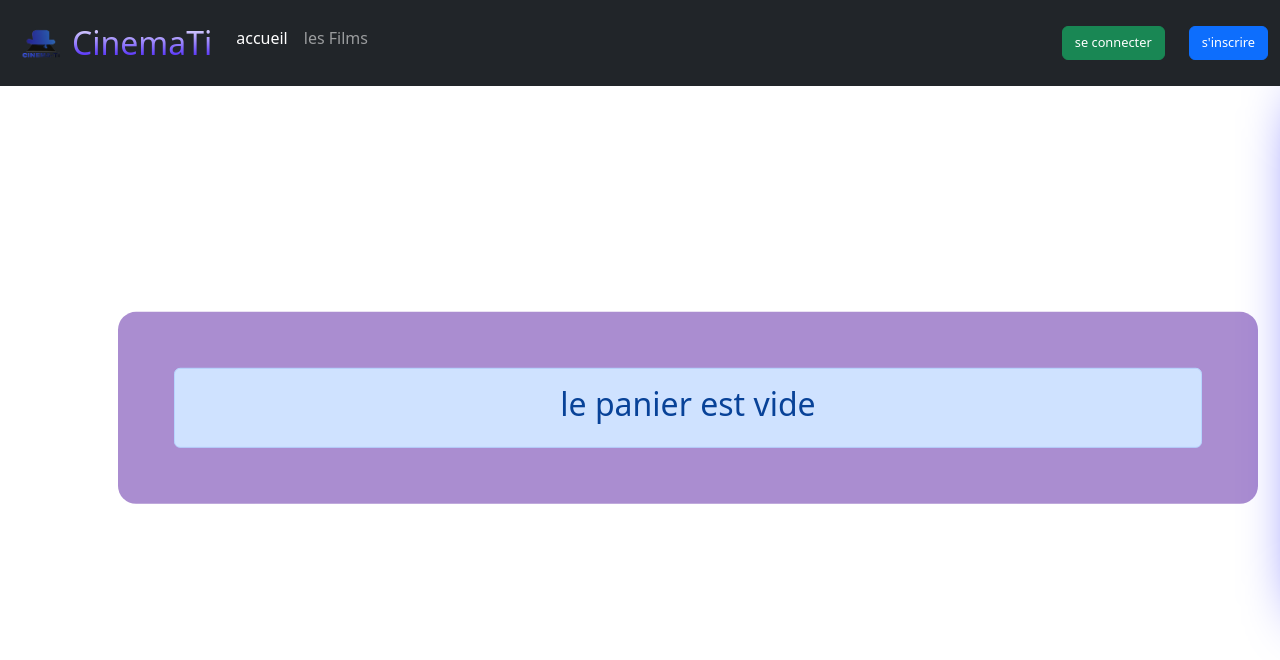
Repository: ahmed-rabah/cinemaMiniProject
Page: http://localhost/finaliserCommande.php
An editor plug-in stored every save of this project. The page is shown before and after the next save, followed by the edit.
The browser window is 1280 px wide. The pictures show the whole page.
The page is run by PHP 8.4 with error messages shown; the project is at /var/www/html/. Other server files are loaded and not shown.

Above is the page before, as saved 2023-01-12 21:04:44.
Console error: TypeError: Cannot read properties of null (reading 'addEventListener')

### finaliserCommande.php
<?php
 session_start();
 $isEmptyCart = empty($_SESSION['panier']);
?>
<!DOCTYPE html>
<html lang="en">
<head>
    <meta charset="UTF-8">
    <meta http-equiv="X-UA-Compatible" content="IE=edge">
    <meta name="viewport" content="width=device-width, initial-scale=1.0">
    <link rel="stylesheet" href="node_modules/bootstrap/dist/css/bootstrap.min.css">
    <link rel="stylesheet" href="./css/style.css">
    <link rel="stylesheet" href="https://unicons.iconscout.com/release/v4.0.0/css/line.css">
    <link rel="icon" href="./logoCinema.png">
    <title>CinemaTi</title>
</head>
<body>

        <?php include './header.php'; ?>

    <main class="container centered" id="container">
        <?php if(!$isEmptyCart){ ?>
        <section class="" id="cartContainer"></section>
        <div class="alert alert-primary m-2 text-center" role="alert">
            <h2>prix total <span class="badge bg-success" id="totalPrice">200</span> DH</h2>
        </div>
        <form action="./functions/finaliserCommande.php" method="post" class=" rounded bg-light mt-1 mx-2 py-2 px-5">
            <h3 class="pb-0 mb-0">finaliser la commande</h3>
            <div class="d-flex justify-content-around align-items-center mb-3 ">

                <div class="form-group">
                    <label for="cardNumber" class="form-label mt-4">numero de carte bancaire</label>
                    <input type="text" class="form-control" id="cardNumber" aria-describedby="numberMsg" placeholder="Enter numero de carte bancaire">
                </div>
                <div class="form-group">
                    <label for="cardType" class="form-label mt-4">Example select</label>
                    <select class="form-select" id="cardType">
                        <?php
                        $cardTypes = ['Visa','Mastercard','American Express','Discover','Diners Club','JCB','UnionPay','Maestro'];
                        foreach ($cardTypes as $cardType) {
                           echo '<option value="'.$cardType.'">'.$cardType.'</option>';
                        }
                        ?>
                    </select>
                </div>
                <div class="form-group pt-5"><button type="submit" class="btn btn-success text-white"><strong>acheter</strong></button></div>
            </div>
        </form>
    <?php }else{
        echo '<div class="alert alert-primary m-2 text-center" role="alert">
        <h2>le panier est vide</h2>
    </div>';
    } ?>
    </main>

    <div class="absoluteCart m-2 p-1"></div>

    <script src="node_modules/jquery/dist/jquery.slim.min.js"></script>
    <script src="node_modules/bootstrap/dist/js/bootstrap.bundle.min.js"></script>
    <script src="./javascript/panie.js"></script>
</body>
</html>

### header.php
<?php
    require_once './functions/database.php';

    function getAllgenres($pdo){
      $req = $pdo->query('SELECT * from genre');
      $rows = $req->fetchAll(PDO::FETCH_ASSOC);
      foreach ($rows as $row) {
        $genres[] = $row ;
      }

      return $genres;
    }
?>
<header  class=" sticky-top">

  <nav class="navbar navbar-expand-lg navbar-dark bg-dark">

    <div class="container-fluid">
      <a class="navbar-brand d-flex cine-name" href="./index.php">
        <img src="./logoCinema.png" width="60" height="60" class="d-inline-block align-top rounded-circle" alt="">
        <h2 class="mt-2 gradiant-bg">CinemaTi</h2>
      </a>
      <button class="navbar-toggler" type="button" data-bs-toggle="collapse" data-bs-target="#navbarColor01" aria-controls="navbarColor01" aria-expanded="false" aria-label="Toggle navigation">
        <span class="navbar-toggler-icon"></span>
      </button>
      <div class="collapse navbar-collapse justify-content-between" id="navbarColor01">
        <ul class="navbar-nav">
          <li class="nav-item">
            <a class="nav-link active" href="./index.php" id="accueil"><h6>accueil</h6>
            <span class="visually-hidden">(current)</span>
          </a>
        </li>
        <li class="nav-item">
          <a class="nav-link" href="./movies.php"  id="movies"><h6>les Films</h6></a>
        </li>
        <!--     <li class="nav-item">
          <a class="nav-link" href="./movies.php" ><h6>les salles de projection</h6></a>
        </li>
        <li class="nav-item">
          <a class="nav-link" href="./contact.php"><h6>Contact</h6></a>
        </li> -->
      </ul>
      <?php
      if(!isset($_SESSION['user_id'])){
        ?>

<ul class="nav navbar" id="non-connected">
  <li><a href="./signIn.php" class="btn btn-success me-2 font-size">se connecter</a></li>
  <li><a href="./signup.php" class="btn btn-primary ms-3 font-size">s'inscrire</a></li>
</ul>
<?php }
if(isset($_SESSION['user_id'])){ ?>
    <ul class="nav navbar" id="connected">
      <li><button class="btn btn-light me-2" id="panier"><span class="font-size"><i class="uil uil-shopping-cart-alt ">panier d'achat</i></span></button></li>
      <li><a href="./dashboard.php" class="btn btn-primary ms-3 "><span class="font-size"><i class="uil uil-user-circle"></i>votre compte</span></a></li>
      <li><a href="./logout.php" class="btn btn-danger ms-3 "><span class="font-size"><i class="uil uil-signout"></i>deconnexion</span></a></li>
    </ul>
    <?php } ?>
  </div>
</div>
</nav>
</header>

### functions/database.php
<?php
try {
    $database="moviedb";
    $user="root";
    $password="";
    $pdo = new PDO("mysql:host=localhost;dbname=$database",$user,$password);
    // echo "Success: Connected to the database.";
  } catch(PDOException $e) {
    die("Error: Could not connect to the database.");
  }

### functions/panier.php
<?php


if($_SERVER['REQUEST_METHOD'] == 'GET'){
    session_start();
    if(isset($_SESSION['user_id']) && !empty( $_SESSION['panier'])){
        $panier = $_SESSION['panier'];
        if(isset($_GET['total']) && $_GET['total']=="oui"){
            $totalPrice=0;
            foreach ($panier as  $value) {
               $totalPrice+=$value['prix'];
            }
            exit($totalPrice);
        }
        require_once './database.php';
        $productsInfos=[];
        foreach ($panier as $product) {
            $idprogramme = $product['idProgramme'];
            $req = "SELECT  p.idProgramme ,g.libelle,f.titre,p.date_projection,f.photo , p.heure_debut, p.ticketsDisponible, p.prix_unitaire FROM programme as p, film as f , genre as g WHERE p.idFilm= f.idFilm AND p.idProgramme =$idprogramme AND g.idGenre = f.idGenre";
            $requete = $pdo->query($req);
            $resultat = $requete->fetch(PDO::FETCH_ASSOC);
            array_push($product,$resultat);
            if(isset($_GET['item']) && $_GET['item'] ==$idprogramme ){
                exit(json_encode($product));
            }
            array_push($productsInfos,$product);
        }
        if(isset($_GET['item'])){
            exit(json_encode(false));
        }
        exit(json_encode($productsInfos));


        // require_once './database.php';
        // $idUser = $_GET['idUser'];
        // $req = "SELECT pro.id_produit ,pro.nombre_places , pro.prix , p.date_projection ,p.heure_debut , p.prix_unitaire , g.libelle , f.titre,f.photo FROM produit as pro, programme as p , film as f ,genre as g WHERE pro.id_user=$idUser AND p.idFilm=f.idFilm AND pro.id_programme=p.idProgramme AND g.idGenre =f.idGenre";
        // $query = $pdo->query($req);
        // $resultat = $query->fetchAll(PDO::FETCH_ASSOC);
    }else{
        exit(json_encode(false));
    }
}

### css/style.css

::-webkit-scrollbar{
    width : 1rem;
}
::-webkit-scrollbar-track{
    background-color: black;
}
::-webkit-scrollbar-thumb{
    background-color: #2d00f7a1;
    border-radius: 100vw;
}
::-webkit-scrollbar-thumb:hover{
    background-color:white;
}

html{
    scroll-behavior: smooth;
}


.centered{
    position: absolute;
    top: 50%;
    left: 50%;
    transform: translate(-50%, -50%);
    margin: 3em;
    padding: 3em;
    background-color : #46089875 ;
    border-radius: 18px;
}
/* .centered-2{
    position: absolute;
    margin-top: 20em;
    top: 50%;
    left: 50%;
    transform: translate(-50%, -50%);
} */
.logo-picture{
    width: 100px; height :100px;
}
/*
.cine-name{
    background-image : linear-gradient(to top,#89f90a 20% , #02fa54 100%) ;
    border-radius : 10px;
    padding-right: 4px;
} */
.font-size{
    font-size: 0.8em;
}
/* .account{
    font-size: 1.2em
} */
.gradiant-bg{
    background-color: #5577ff;
    background-image : linear-gradient(to top,#2d00f7 0% , #ffffff 100%) ;
    background-clip: text;
    -webkit-background-clip: text;
    -moz-background-clip: text;
    -webkit-text-fill-color: transparent;
    -moz-text-fill-color: transparent;
    background-size: 100%;
    display : flex  ;
    align-items: center ;
    cursor : pointer ;
    text-decoration: none;
}

.grid{
    display: grid;
    grid-template-columns:auto auto auto ;
}

.absolute-alert{
    background-color: rgba(255,255,255,0.5);
    width: 100vw;
    height: 100vh;
    position: fixed ;
    top: 0;
    left: 0;
    z-index: 100 ;
    text-align :center;
    display :grid ;
    place-items: center ;

}
.absoluteCart{
    position: fixed;
    top: 6em;
    right: 0;
    width: 400px;
    height: 70%;
    background: #3d5f89;
    border-radius: 12px;
    box-shadow: 0 0 4em blue;
    display: grid;
    grid-template-columns: auto;
    justify-content: center;
    transition: all 0.3s linear ;
    transform: translate(110%);
    overflow-y: auto;
    }
    .show-cart {
    transform: translate(0);
    }
    .finaliserBtn{
        position: sticky;
        top: 0;
        z-index: 100;
        margin-bottom: 1em;
        height: 50px;
    }
    .inner-grid{
        display: grid ;
    grid-template-columns:30% 70% ;
    border-bottom:  1px solid black ;
    margin: 0.4em 0;
    }
    .grid{
        display: grid ;
    grid-template-columns:30% 70% ;
    }
    @media screen and (max-width:1048px) {
        .grid{
        display: grid ;
    grid-template-columns:20% 80% ;
    }
}

#cartContainer{
    display : grid;
    grid-template-columns: 1fr 1fr;
    gap: 1em;
}
.container{
    margin: 3em;
    padding: 3em;
    background-color : #46089875 ;
    border-radius: 18px;

}
@media screen and (max-width:700px) {
    #cartContainer{
    grid-template-columns:auto ;
    }

}

### javascript/panie.js
let panierBtn = document.getElementById('panier');
let deleteProductBtn = document.getElementById('deleteproduct');
let updateProductBtn = document.getElementById('updateproduct');
let addProductBtn =  document.getElementById('addProduct');
let cartContainer = document.getElementById('cartContainer');

// window.addEventListener('DOMContentLoaded',()=>{
//     getUserPanier("container").then(data=>{
//             cartContainer.innerHTML = data;
//         })
// })
window.addEventListener('load',()=>{
    setTotalPrice()
})
function addProduct(id){
    addProduit(id).then(response=>{
        let added = response.added;
        let reponse = response.response;
        let connected = response.connected;
       let msg="";
        if(!connected) {
            reponse+='<strong><a href="./signin.php">Se connecter</a></strong>';
        }
        if(!added){
            msg=`<div class="alert alert-warning alert-dismissible fade show" role="alert" id="myAlert">
            ${reponse}
            <button type="button" class="btn-close" data-bs-dismiss="alert" aria-label="Close"></button>
          </div>`;
        }else{
            msg=`<div class="alert alert-success alert-dismissible fade show" role="alert" id="myAlert">
            ${reponse}
            <button type="button" class="btn-close" data-bs-dismiss="alert" aria-label="Close"></button>
          </div>`;
        }
        let body = document.querySelector('body');
        body.insertAdjacentHTML('beforeend',`<div class="absolute-alert">${msg}</div>`);
        let theAlert = document.querySelector('.absolute-alert');
        theAlert.addEventListener('click',function(e){
            if(e.target.classList.contains('absolute-alert')){
            theAlert.outerHTML="";
        }})
        let myAlert = document.getElementById('myAlert')
            myAlert.addEventListener('close.bs.alert', () => {
                theAlert.outerHTML="";
            })

        // setTimeout(() => {theAlert.outerHTML="";},10000);
    })

    // console.log(id);
}
panierBtn.addEventListener('click', () => {
    userCart()
    let cart = document.querySelector('.absoluteCart');
    cart.classList.toggle('show-cart');
})

async function deleteproductFromCart(product){
    let request = await fetch("./functions/deleteUserProduct.php?idProgramme="+product);
    let response = await request.json();
    let deleted = response.deleted;
    let reponse = response.response;
    let connected = response.connected;
    let msg="";
    let cartItem = document.getElementById('cart'+product);
    if(!connected) {
        reponse+='<strong><a href="./signin.php">Se connecter</a></strong>';
    }
    if(!deleted){
        msg=`<div class="alert alert-warning alert-dismissible fade show" role="alert" id="myAlert">
        ${reponse}
        <button type="button" class="btn-close" data-bs-dismiss="alert" aria-label="Close"></button>
      </div>`;
      cartItem.insertAdjacentHTML('beforebegin',msg);
    }else{
        msg=`<div class="alert alert-success alert-dismissible fade show" role="alert" id="myAlert">
        ${reponse}
        <button type="button" class="btn-close" data-bs-dismiss="alert" aria-label="Close"></button>
      </div>`;
      cartItem.outerHTML=msg;
      setTotalPrice()
    }
    // let cart = document.querySelector('.absoluteCart');

}
async function updateproductCart(product,status){
    let request = await fetch("./functions/updateUserProduct.php?idProgramme="+product+"&status="+status);
    let response = await request.json();
    let updated = response.updated;
    let reponse = response.response;
    let connected = response.connected;
    let msg="";
    let cartItem = document.getElementById('cart'+product);
    if(!connected) {
        reponse+='<strong><a href="./signin.php">Se connecter</a></strong>';
    }
    if(connected && updated === false){
        msg=`<div class="alert alert-danger alert-dismissible fade show" role="alert" id="myAlert">
        ${reponse}
        <button type="button" class="btn-close" data-bs-dismiss="alert" aria-label="Close"></button>
      </div>`;
    }else{
        msg=`<div class="alert alert-success alert-dismissible fade show" role="alert" id="myAlert">
        ${reponse}
        <button type="button" class="btn-close" data-bs-dismiss="alert" aria-label="Close"></button>
        </div>`;
        getCartItem(product).then(result => {
            cartItem.insertAdjacentHTML('beforebegin',msg);
            cartItem.outerHTML = result ;

        })
        setTotalPrice();
    }
    // let body = document.querySelector('body');
    // body.insertAdjacentHTML('beforeend',`<div class="absolute-alert">${msg}</div>`);
    // let theAlert = document.querySelector('.absolute-alert');
    // theAlert.addEventListener('click',function(e){
    //     if(e.target.classList.contains('absolute-alert')){
    //     theAlert.outerHTML="";
    // }})
    // let myAlert = document.getElementById('myAlert')
    //     myAlert.addEventListener('close.bs.alert', () => {
    //         theAlert.outerHTML="";
    //     })

    // setTimeout(() => {theAlert.outerHTML="";},10000);

}

function userCart(){
    getUserPanier().then(data=>{
        console.log(data);
        let cartDiv = document.querySelector('.absoluteCart');
        cartDiv.innerHTML=data;
        let Final = document.createElement('a');
        Final.setAttribute('href',"./finaliserCommande.php");
        Final.className="btn btn-primary w-100  finaliserBtn";
        Final.innerHTML="finaliser la commande";
        cartDiv.prepend(Final);
    })

}

async function getCartItem(item){
    let request = await fetch('./functions/panier.php?item='+item);
    let response = await request.json();
    let msg="";
    if(response === false){
        msg =`<div class="alert alert-primary h-25" role="alert">
        le panier est vide
        </div>`;
    }else{
        msg=cartItemInfos(response);
         }

    return msg;
}
async function getTotalPrice(){
    let request = await fetch('./functions/panier.php?total=oui');
    let response =request.text();
    return response;
}
function setTotalPrice(){

getTotalPrice().then((totalPrice)=>{
    // console.log(totalPrice);
    let totalPriceField = document.getElementById('totalPrice');
    totalPriceField.innerHTML = totalPrice;
})

}
async function getUserPanier(){
    let request = await fetch('./functions/panier.php');
    let response = await request.json();
    let msg="";
    if(response === false){
        msg =`<div class="alert alert-primary h-25" role="alert">
        le panier est vide
            </div>`;
    }else{
        response.forEach(produit => {
            msg+=cartItemInfos(produit);
        });
    }

    return msg;
}

async function addProduit(programme){
    let request = await fetch('./functions/addproduct.php?idProgramme='+programme);
    let response = await request.json();
    return response;
}

function cartItemInfos(produit){
        return `<div class="card border-primary  mb-2 w-100"  id="cart${produit.idProgramme}">
        <div class="card-header"><h4>${produit[0].titre}</h4></div>
        <div class="card-body  text-dark">
        <div class="d-flex justify-content-center">
        <img src="${produit[0].photo}" width="60px" height="66px">
        <div class="ms-1">
        <p class="card-title  m-0 fw-normal">le <strong>${produit[0].date_projection}</strong> à <strong>${produit[0].heure_debut}</strong></p>
        <p class="card-text m-0 fw-normal">prix_unitaire :<strong> ${produit[0].prix_unitaire} DH</strong></p>
        <p class="card-text m-0 fw-normal">tickets disponible :<strong> ${produit[0].ticketsDisponible}</strong> ticket(s)</p>
        </div>
        </div>
        </div>
        <div class="card-footer d-flex justify-content-between align-items-center p-1">
        <div class="d-flex justify-content-center align-items-center">
        <h6 class="btn minus" onclick="updateproductCart(${produit.idProgramme},'minus')"><i class="uil uil-minus-circle fs-5 text-danger"></i></h6>
        <h6> ${produit.nbrPlace} </h6>
        <h6 class="btn plus" onclick="updateproductCart(${produit.idProgramme},'plus')"><i class="uil uil-plus-circle fs-5 text-success"></i></h6>
        </div>
        <h6>Total : ${produit.prix} DH</h6>
        <button class="btn btn-danger"  onclick="deleteproductFromCart(${produit.idProgramme})"><i class="uil uil-trash-alt"></i></button>
        </div>
        </div>`;
    }


    // window.addEventListener('load',()=>{
    //     let addBtns = document.querySelectorAll('.addToCart');
// console.log("begin");
// addBtns.forEach(addBtn=>{
// let programmeID  = addBtn.dataSet.programmeID;
// console.log("ok");
// console.log(programmeID);

// });
// console.log("ends");


/*
panierBtn.addEventListener('click',()=>{

    getUserPanier(1).then(panier=>{
        panier.forEach(produit => {
            console.log(produit);
        });
    })

});

// addProductBtn.addEventListener('click',()=>{
//     addProduct(programme).then(response=>{
    //         console.log(response);
    //     })
    // });

    deleteProductBtn.addEventListener('click',()=>{
        deleteproductFromCart(programme).then(response=>{
            console.log(response);
        })
});

updateProductBtn.addEventListener('click',()=>{
    let product =  document.getElementById('product').value;
    updateproductCart(product,nbr).then(response=>{
        console.log(response);
    })
});

*/
// })

After the next save:
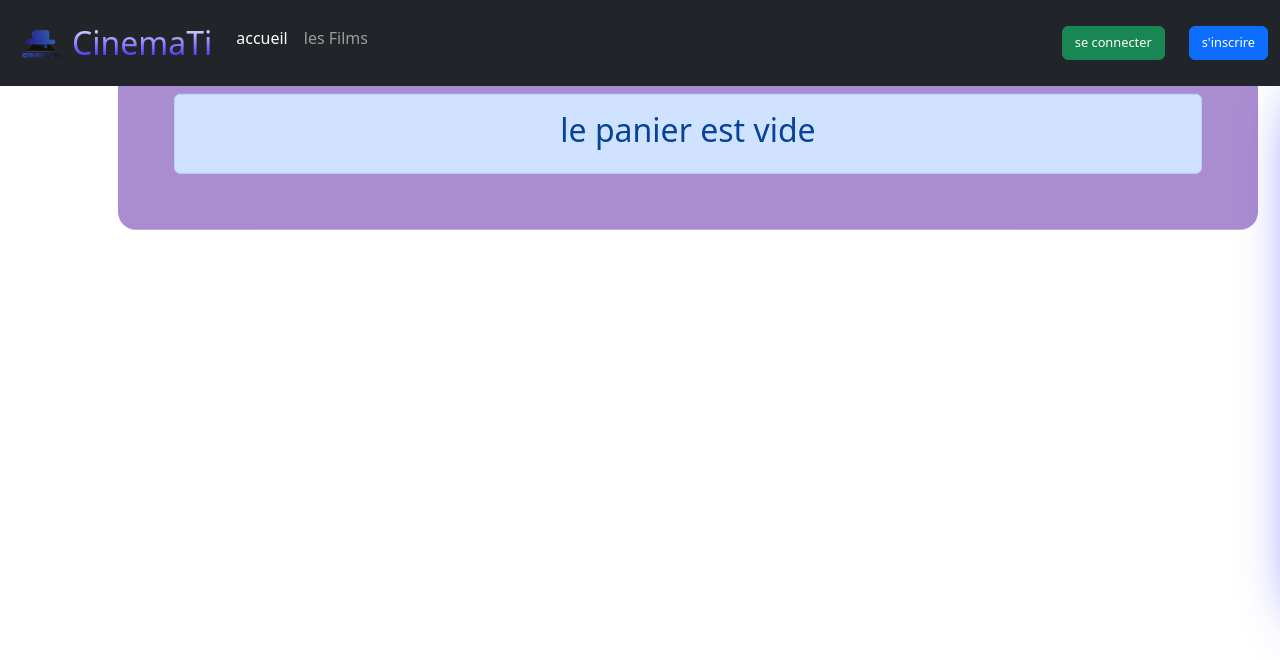
Saved 29 s later.
--- a/css/style.css
+++ b/css/style.css
@@ -19,14 +19,11 @@
 
 
 .centered{
-    position: absolute;
+    position: relative;
     top: 50%;
     left: 50%;
     transform: translate(-50%, -50%);
-    margin: 3em;
-    padding: 3em;
-    background-color : #46089875 ;
-    border-radius: 18px;
+
 }
 /* .centered-2{
     position: absolute;

After the save that followed:
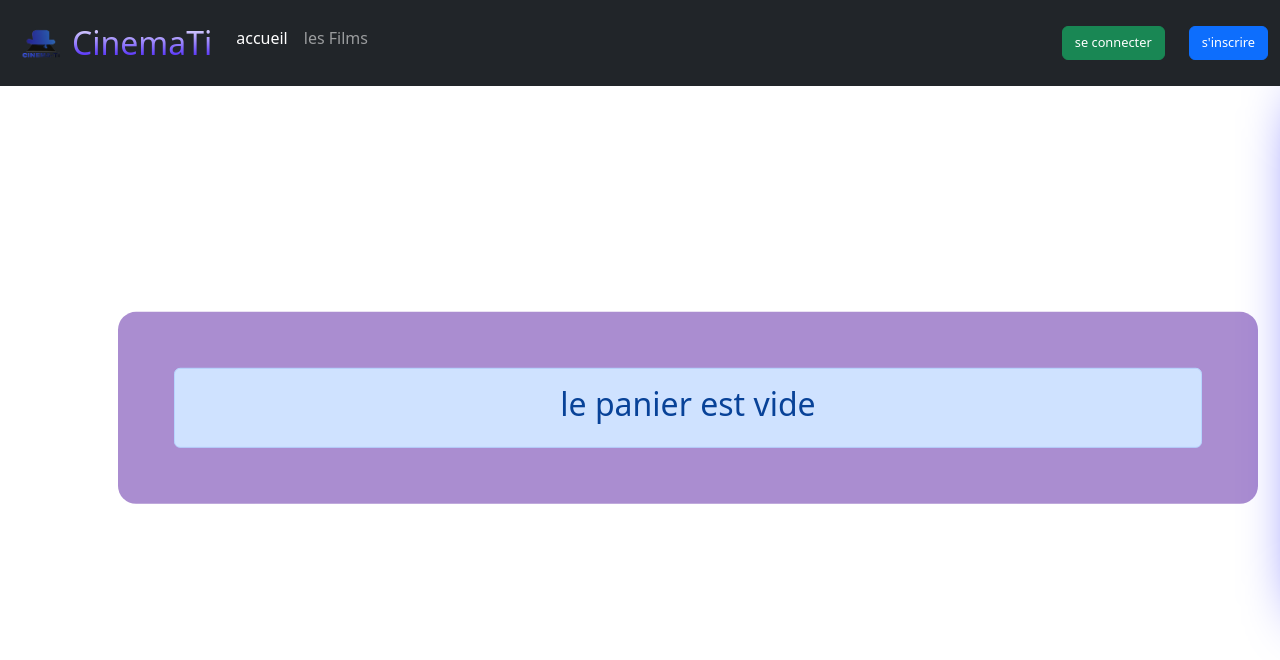
Saved 19 s later.
--- a/css/style.css
+++ b/css/style.css
@@ -19,7 +19,7 @@
 
 
 .centered{
-    position: relative;
+    position: absolute;
     top: 50%;
     left: 50%;
     transform: translate(-50%, -50%);
